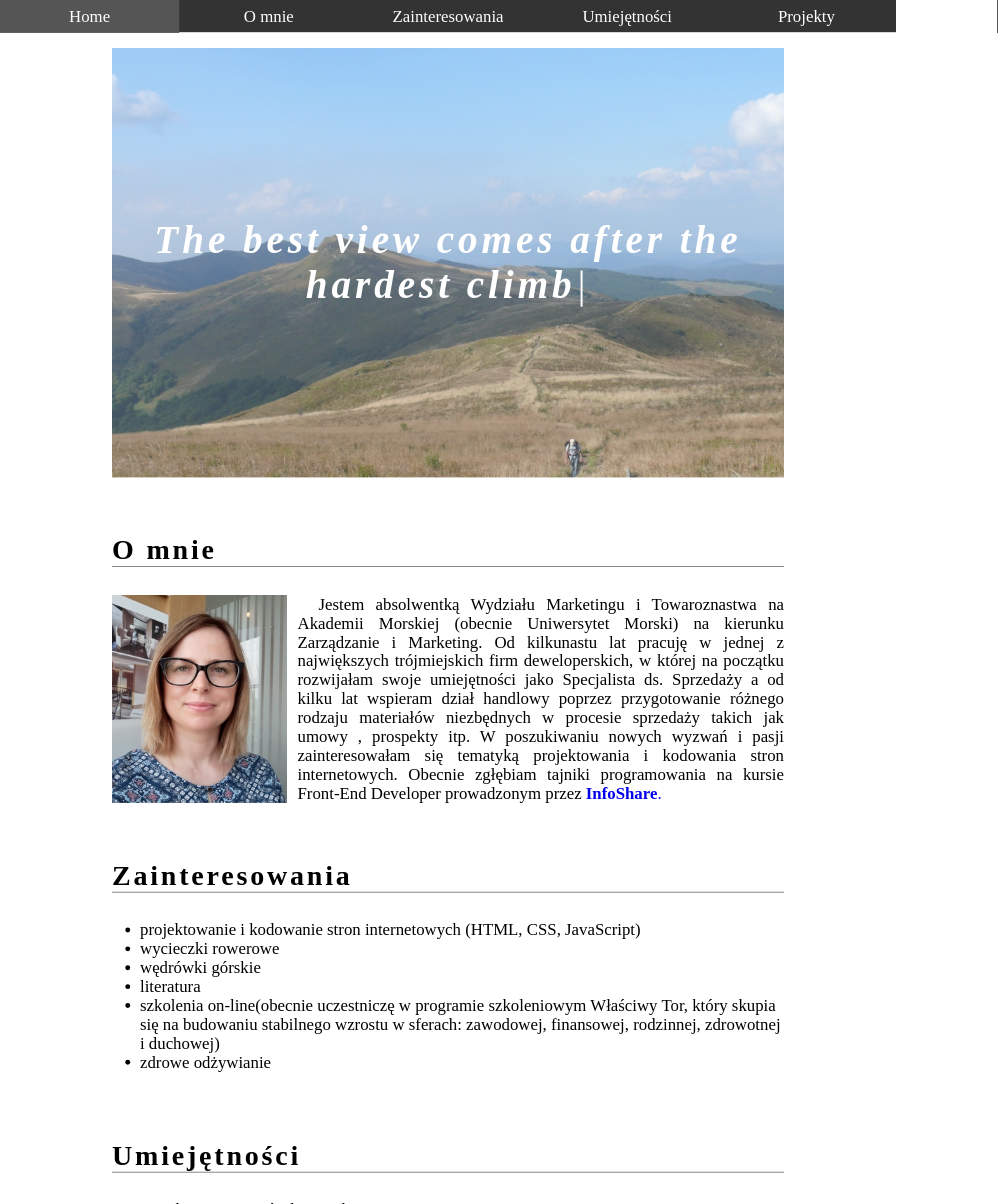
Repository: MagJaw/portfolio
Page: portfolio.html
The author's editor kept a copy of each file at every save. The page is drawn from the files as they stood at one save, then again after the next save.
The browser window is 1280 px wide. The page is 1280 px wide, then 1425 px, then 1280 px, so the pictures cover 1425 px, including what lies to the right of the window. The pictures show the part of the page from y = 0 to 1720 px (the page is 2471 px tall), at 70% of full size.

Above is the page before, as saved 2018-11-14 00:42:16.

After the next save:
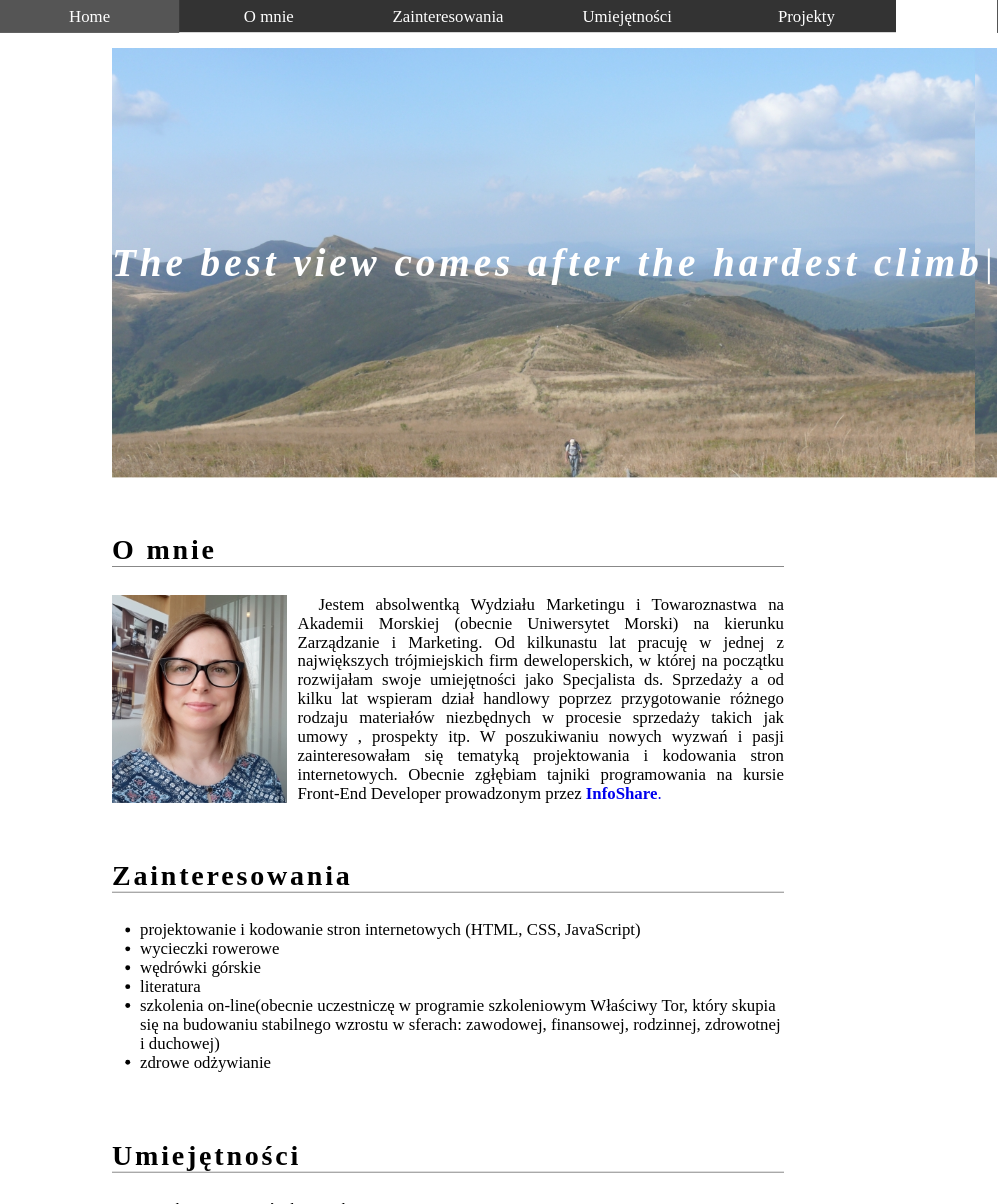
Saved 68 s later.
--- a/main.css
+++ b/main.css
@@ -49,6 +49,8 @@
 vertical-align: middle;
 display: table-cell;
 margin: 0;
+white-space: nowrap;
+overflow: hidden;
 animation: type 4s steps(60, end);
 }
 
@@ -74,7 +76,9 @@
 to {opacity: .0;}
 }
 
-
+::selection{
+background-image: url(tapeta.jpg);
+}
 
 p, li {
 font-size: 1.5em;

After the save that followed:
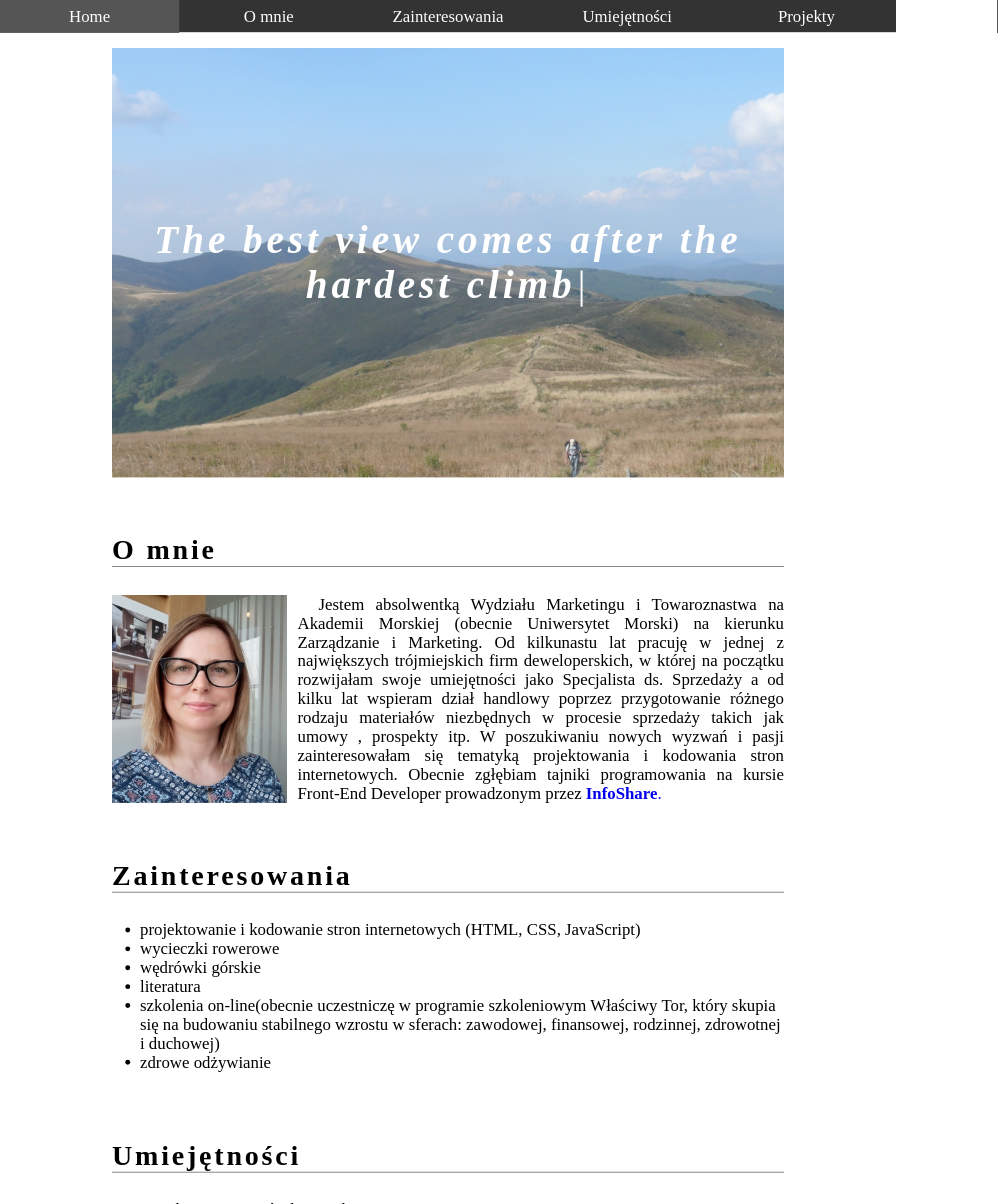
Saved 22 s later.
--- a/main.css
+++ b/main.css
@@ -49,7 +49,6 @@
 vertical-align: middle;
 display: table-cell;
 margin: 0;
-white-space: nowrap;
 overflow: hidden;
 animation: type 4s steps(60, end);
 }
